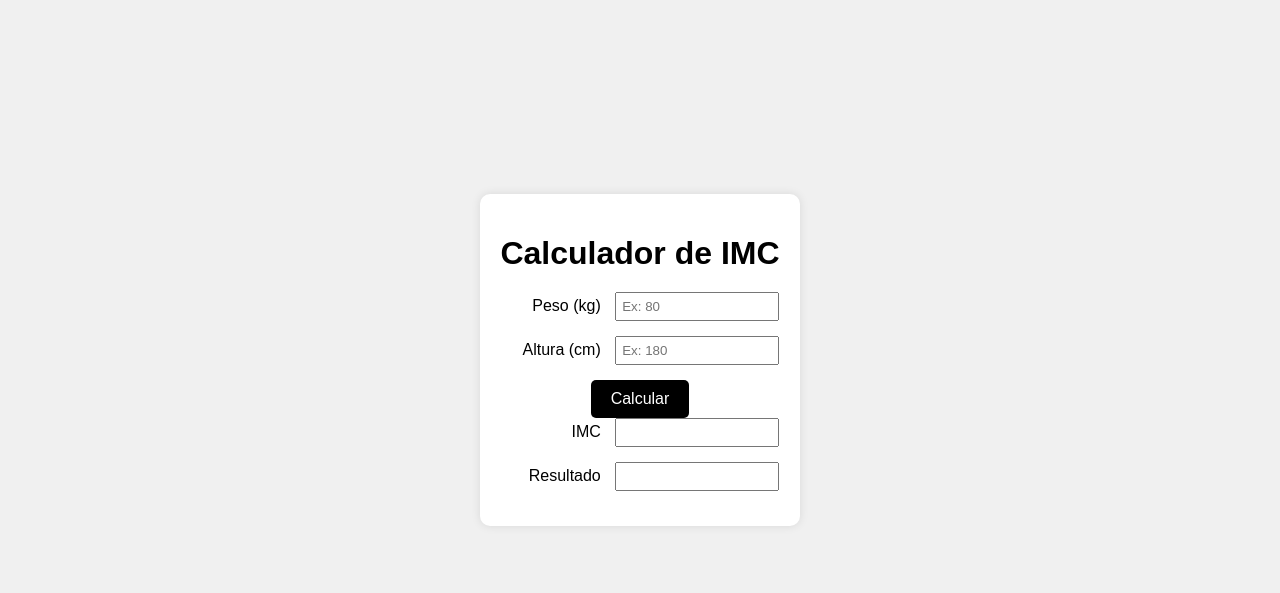
Repository: Gabrielb0rn/JavaScript-HTML.io
Page: atividade 7/index.html
These files come from the project's save history. The page is drawn as it stood at one moment and after the next save; the edit follows.
The browser window is 1280 px wide. The pictures show the whole page.

Above is the page before, as saved 2024-07-04 11:20:19.

After the next save:
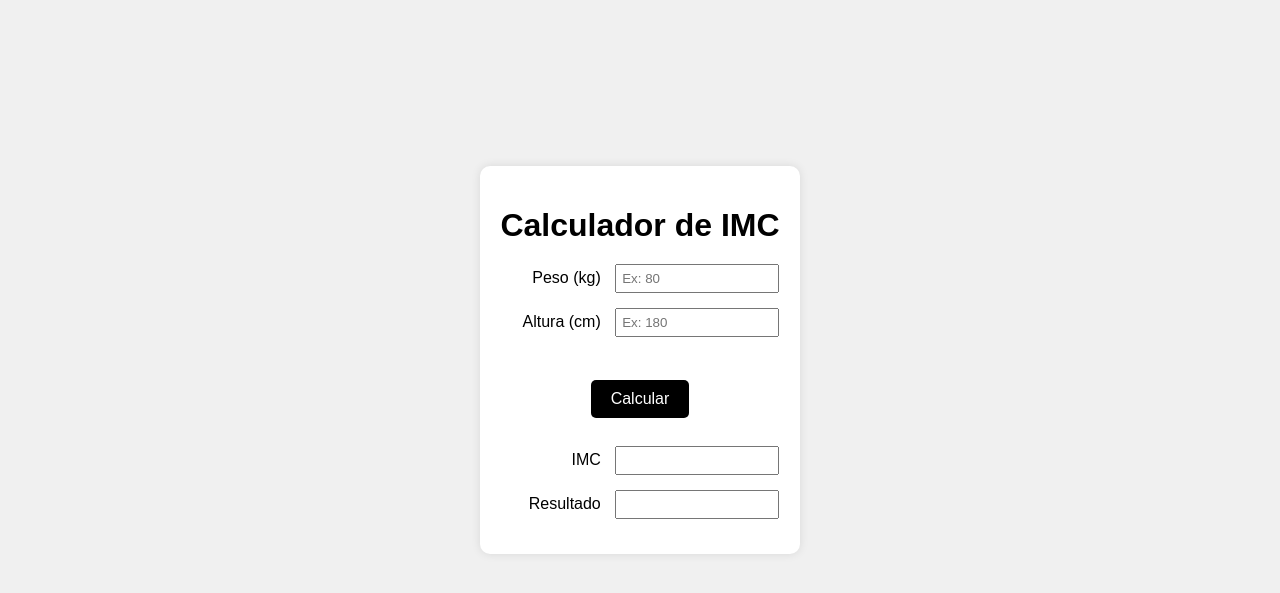
Saved 8 s later.
--- a/atividade 7/assets/style.css
+++ b/atividade 7/assets/style.css
@@ -44,5 +44,5 @@ button {
     color: #fff;
     border: none;
     border-radius: 5px;
-    margin: auto;
+    margin: 10%;
 }
